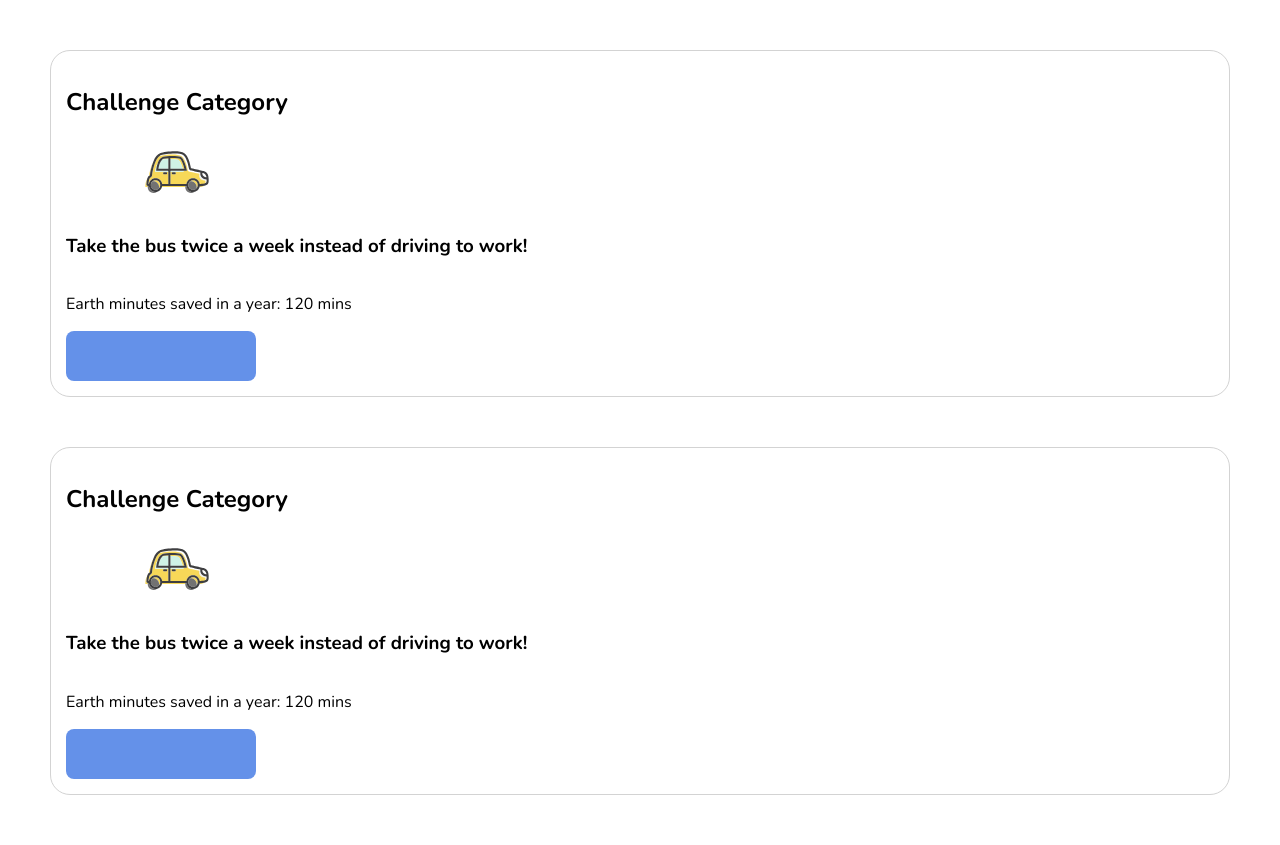
Repository: cho196/Timearth
Page: /challenges
An editor plug-in stored every save of this project. The page is shown before and after the next save, followed by the edit.
The browser window is 1280 px wide. The pictures show the whole page.
The project was rebuilt for these pictures with package versions that can differ from the ones it lists, and the page was loaded fresh each time. The framework's server and built-in components were replaced by stand-ins that run in the browser. Also part of the build but not shown: next.config.js.

Above is the page before, as saved 2022-04-11 14:43:07.

After the next save:
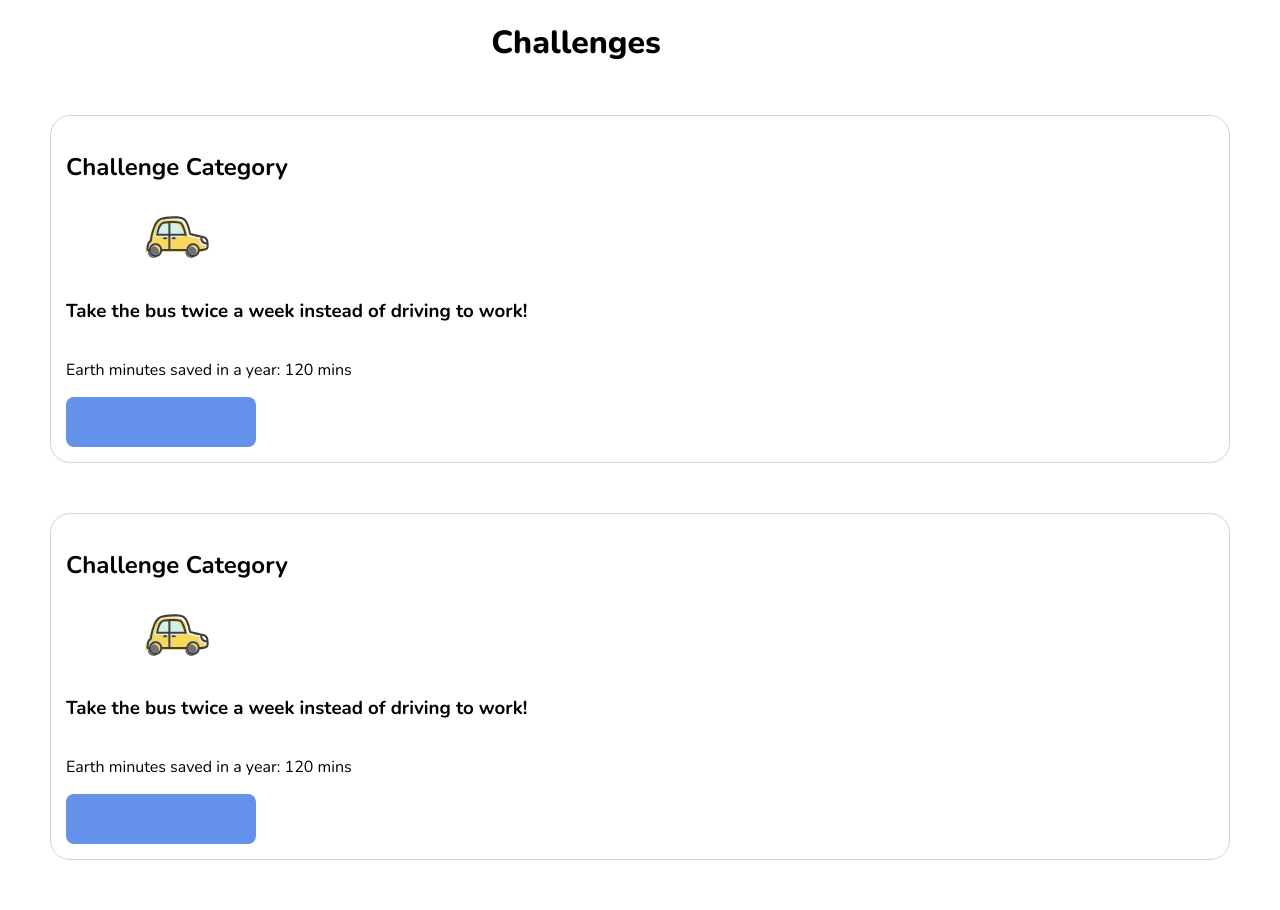
Saved 87 s later.
--- a/pages/challenges.js
+++ b/pages/challenges.js
@@ -2,6 +2,7 @@ import ChallengeCont from "../comps/Challenge_cont";
 
 export default function Challenges() {
     return <div>
+        <h1>Challenges</h1>
         <ChallengeCont></ChallengeCont>
         <ChallengeCont></ChallengeCont>
         </div>
